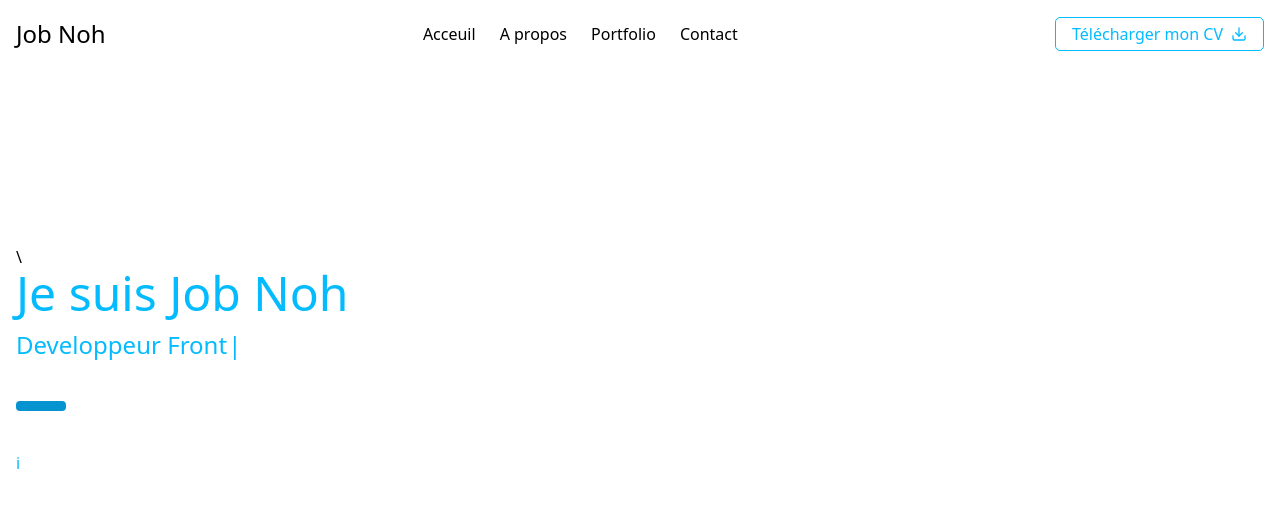
Repository: anoy1010/Nextportfolio
Page: /
These files come from the project's save history. The page is drawn as it stood at one moment and after a run of saves; the edit follows.
The browser window is 1280 px wide. The pictures show the whole page.
The project was rebuilt for these pictures with package versions that can differ from the ones it lists, and the page was loaded fresh each time. The framework's server and built-in components were replaced by stand-ins that run in the browser. Also part of the build but not shown: next.config.js, styles/Home.module.css.

Above is the page before, as saved 2023-03-06 16:32:26.

### pages/index.js
import Head from 'next/head'
import Image from 'next/image'
import { Inter } from '@next/font/google'
import styles from '../styles/Home.module.css'
import Navbar from '../components/Navbar'
import Hero from '../components/Hero'
const inter = Inter({ subsets: ['latin'] })

export default function Home() {
  return (
    <>
      <Head>
        <title>Portfolio | Noh Job</title>
        <meta name="description" content="Generated by create next app" />
        <meta name="viewport" content="width=device-width, initial-scale=1" />
        <link rel="icon" href="/favicon.ico" />
      </Head>

      <header>
        < Navbar />
      </header>

      <main>
        <Hero />
      </main>

    </>
  )
}

### components/Navbar.js
import Link from 'next/link'
import React from 'react'
import {FiDownload} from 'react-icons/fi'
import {RiMenu5Line} from 'react-icons/ri'

const Navbar = () => {
  return (
    <div className='bg-white fixed top-0 w-[100%] z-10 '>
        <div className='container mx-auto flex justify-between items-center py-4 px-4'>
            <div className='text-[24px]'>Job Noh</div>

            <div className='hidden md:flex gap-6'>

                <Link href='/Acceuil' className='hover:text-[#04bbff]'>
                    Acceuil
                </Link>
                <Link href='/A propos' className='hover:text-[#04bbff]' >
                    A propos
                </Link>
                <Link href='/Portfolio' className='hover:text-[#04bbff]'>
                    Portfolio
                </Link>
                <Link href='/Contact' className='hover:text-[#04bbff]'>
                    Contact
                </Link>



            </div>

            <a href='#' className='hidden  md:flex border border-[#04bbff] px-4 py-1 text-[#04bbff] rounded-[5px] items-center gap-2 hover:bg-[#04bbff] hover:text-white transition duration-200 '>
                Télécharger mon CV
                <FiDownload/>
                </a>

            <div className='md:hidden text-[24px] '>
                <RiMenu5Line/>
            </div>
        </div>
    </div>
  )
}

export default Navbar

### components/Hero.js
import React from 'react'

import Typewriter, { TypewriterClass } from "typewriter-effect"

const Hero = () => {
  return (
    <div className='bg-[url("")] h-screen bg-cover bg-center bg-fixed flex items-center'>
        <div className='container mx-auto px-4'>\
            <div className='max-x-[450px] text-[#04bbff] flex flex-col gap-[40px]'>
                <div>
                    <h1 className='text-5xl'>
                        Je suis Job Noh
                    </h1>
                    <h4 className=' text-2xl mt-3'>
                        <Typewriter
                            options = {{
                                strings: [
                                    "Developpeur Front-end",
                                    "Developpeur Back-end",
                                    "Analyste de donnée",
                                    "Chef de projet",
                                    "Graphic designer",
                                    "Developpeur mobile"
                                ],
                                changeDelay:3,
                                changeDeleteSpeed:2,
                                autoStart:true,
                                loop:true,
                            }}
                        />
                    </h4>
                </div>

                <div className='bg-[#0594d0] h-[10px] w-[50px] rounded'>
                </div>

                i

            </div>

        </div>
    </div>
  )
}

export default Hero

Loaded but not shown: pages/_app.js (common file); pages/_document.js (common file); styles/globals.css (common file); tailwind.config.js (common file)

After the next 2 saves:
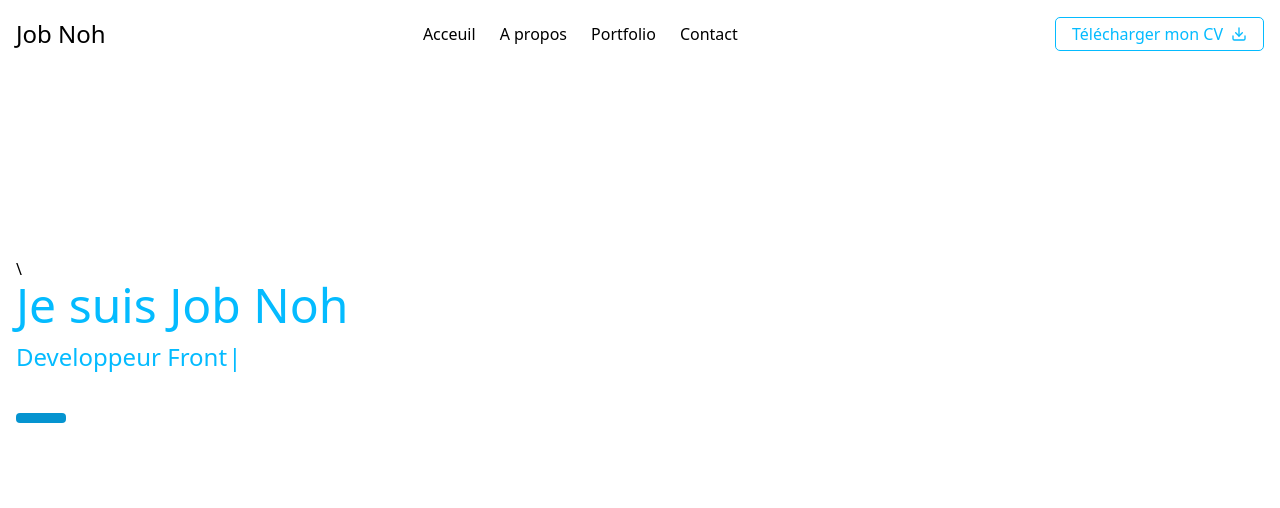
The 2 saves are shown as one change because they came seconds apart.
The last was saved 8 s later.
--- a/components/Hero.js
+++ b/components/Hero.js
@@ -34,7 +34,9 @@ const Hero = () => {
                 <div className='bg-[#0594d0] h-[10px] w-[50px] rounded'>
                 </div>
 
-                i
+                <div>
+
+                </div>
 
             </div>
 
